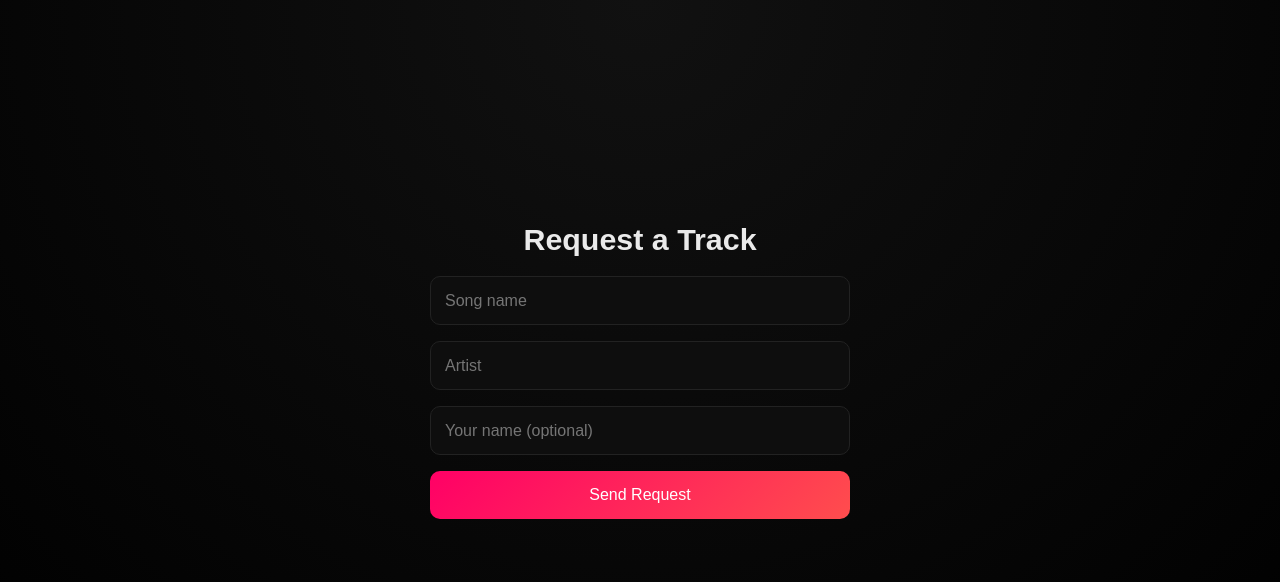
Repository: AryanHeravi/DJ-Request
Page: song_request.html
These files come from the project's save history. The page is drawn as it stood at one moment and after the next save; the edit follows.
The browser window is 1280 px wide. The pictures show the whole page.

Above is the page before, as saved 2026-01-31 15:25:43.
Console error: ReferenceError: emailjs is not defined

After the next save:
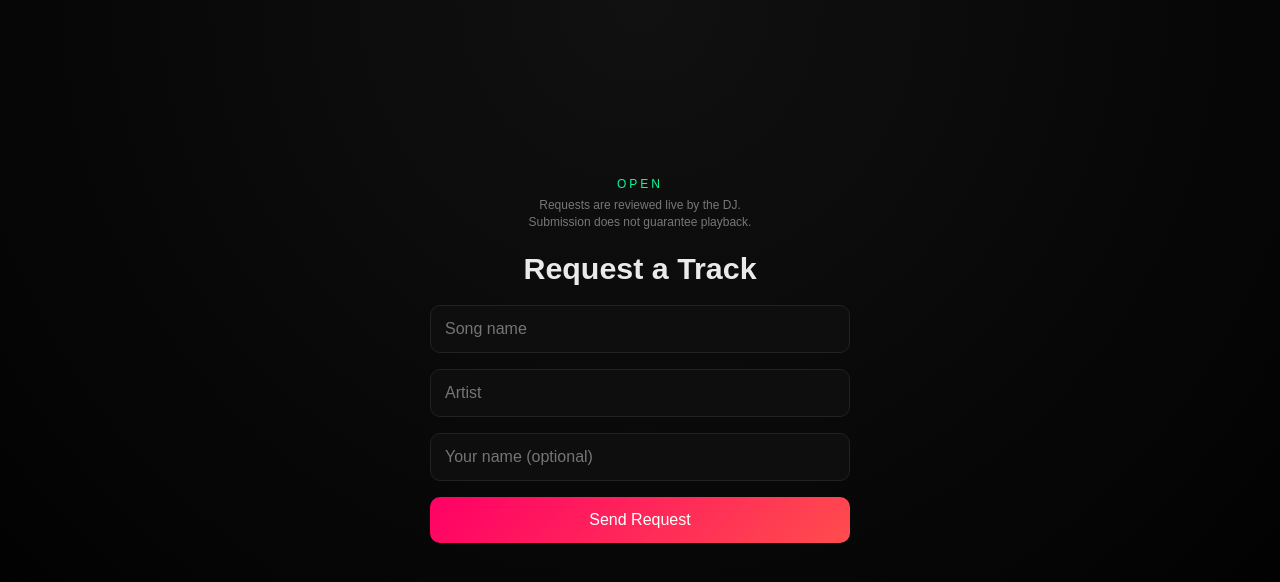
Saved 2 days later.
--- a/song_request.html
+++ b/song_request.html
@@ -29,14 +29,7 @@ body {
   font-size: 0.75rem;
   letter-spacing: 3px;
   margin-bottom: 0.4rem;
-}
-.status.open { color: #00ff9c; }
-.status.closed { color: #ff4d4d; }
-
-.countdown {
-  font-size: 0.8rem;
-  color: #aaa;
-  margin-bottom: 1rem;
+  color: #00ff9c;
 }
 
 .note {
@@ -51,7 +44,6 @@ h1 {
   margin-bottom: 1.2rem;
 }
 
-/* unified sizing fix */
 input,
 button {
   width: 100%;
@@ -59,7 +51,6 @@ button {
   box-sizing: border-box;
   border-radius: 10px;
   font-size: 1rem;
-  line-height: 1.2;
 }
 
 input {
@@ -100,24 +91,26 @@ button {
 </head>
 
 <body>
+
 <div class="container">
 
-  <div id="status" class="status"></div>
-  <div id="countdown" class="countdown"></div>
+  <div class="status">OPEN</div>
 
-  <div id="note" class="note hidden">
-    We appreciate you using this song request web app.<br>
-    Please use it <strong>Thursday – Monday, 8:00 PM – 2:00 AM</strong>.
+  <div class="note">
+    Requests are reviewed live by the DJ.<br>
+    Submission does not guarantee playback.
   </div>
 
   <form id="songForm">
-    <h1 id="headline">Request a Track</h1>
+    <h1>Request a Track</h1>
 
     <input name="song" placeholder="Song name" required />
     <input name="artist" placeholder="Artist" required />
     <input name="name" placeholder="Your name (optional)" />
 
-    <button class="submit-btn" type="submit">Send Request</button>
+    <button class="submit-btn" type="submit">
+      Send Request
+    </button>
   </form>
 
   <div id="thankYou" class="hidden">
@@ -125,7 +118,7 @@ button {
 
     <div class="tip-note">
       Thanks for submitting a song request.<br>
-      If approved, it will be played shortly.<br><br>
+      If it fits the vibe, it’ll be played shortly.<br><br>
       💸 Tip jar is beside the DJ booth — always appreciated.
     </div>
 
@@ -141,82 +134,17 @@ button {
 </div>
 
 <script>
+/* =========================
+   EMAILJS INIT
+   ========================= */
 emailjs.init('zZ9hyStHZbajM0m2U');
 
 const form = document.getElementById('songForm');
 const thankYou = document.getElementById('thankYou');
-const statusEl = document.getElementById('status');
-const countdownEl = document.getElementById('countdown');
-const headline = document.getElementById('headline');
-const note = document.getElementById('note');
 
-function isOpenNow() {
-  const now = new Date();
-  const day = now.getDay(); // 0 = Sun
-  const hour = now.getHours();
-  const min = now.getMinutes();
-
-  const open =
-    (day === 4 && hour >= 20) || // Thu
-    (day === 5 && hour < 2)  ||
-    (day === 5 && hour >= 20)||
-    (day === 6 && hour < 2)  ||
-    (day === 6 && hour >= 20)||
-    (day === 0 && hour < 2)  ||
-    (day === 0 && hour >= 20)||
-    (day === 1 && hour < 2)  ||
-    (day === 1 && hour >= 20)||
-    (day === 2 && hour < 2);
-
-  return { open, hour, min };
-}
-
-function getNextOpen() {
-  const now = new Date();
-  for (let i = 0; i < 7; i++) {
-    const d = new Date(now);
-    d.setDate(now.getDate() + i);
-    d.setHours(20, 0, 0, 0);
-    if ([4,5,6,0,1].includes(d.getDay()) && d > now) return d;
-  }
-}
-
-function updateCountdown(target) {
-  const diff = target - new Date();
-  const d = Math.floor(diff / 86400000);
-  const h = Math.floor((diff % 86400000) / 3600000);
-  const m = Math.floor((diff % 3600000) / 60000);
-  const s = Math.floor((diff % 60000) / 1000);
-  countdownEl.textContent = `Opens in ${d}d ${h}h ${m}m ${s}s`;
-}
-
-function updateUI() {
-  const { open, hour, min } = isOpenNow();
-
-  if (open) {
-    statusEl.textContent = "OPEN";
-    statusEl.className = "status open";
-    countdownEl.textContent = "";
-    note.classList.add('hidden');
-
-    headline.textContent =
-      (hour === 1 && min >= 30)
-        ? "Last Call for Requests"
-        : "Request a Track";
-
-    form.classList.remove('hidden');
-  } else {
-    statusEl.textContent = "CLOSED";
-    statusEl.className = "status closed";
-    form.classList.add('hidden');
-    note.classList.remove('hidden');
-    updateCountdown(getNextOpen());
-  }
-}
-
-setInterval(updateUI, 1000);
-updateUI();
-
+/* =========================
+   FORM SUBMISSION
+   ========================= */
 form.addEventListener('submit', e => {
   e.preventDefault();
 
@@ -230,5 +158,6 @@ form.addEventListener('submit', e => {
   });
 });
 </script>
+
 </body>
 </html>
